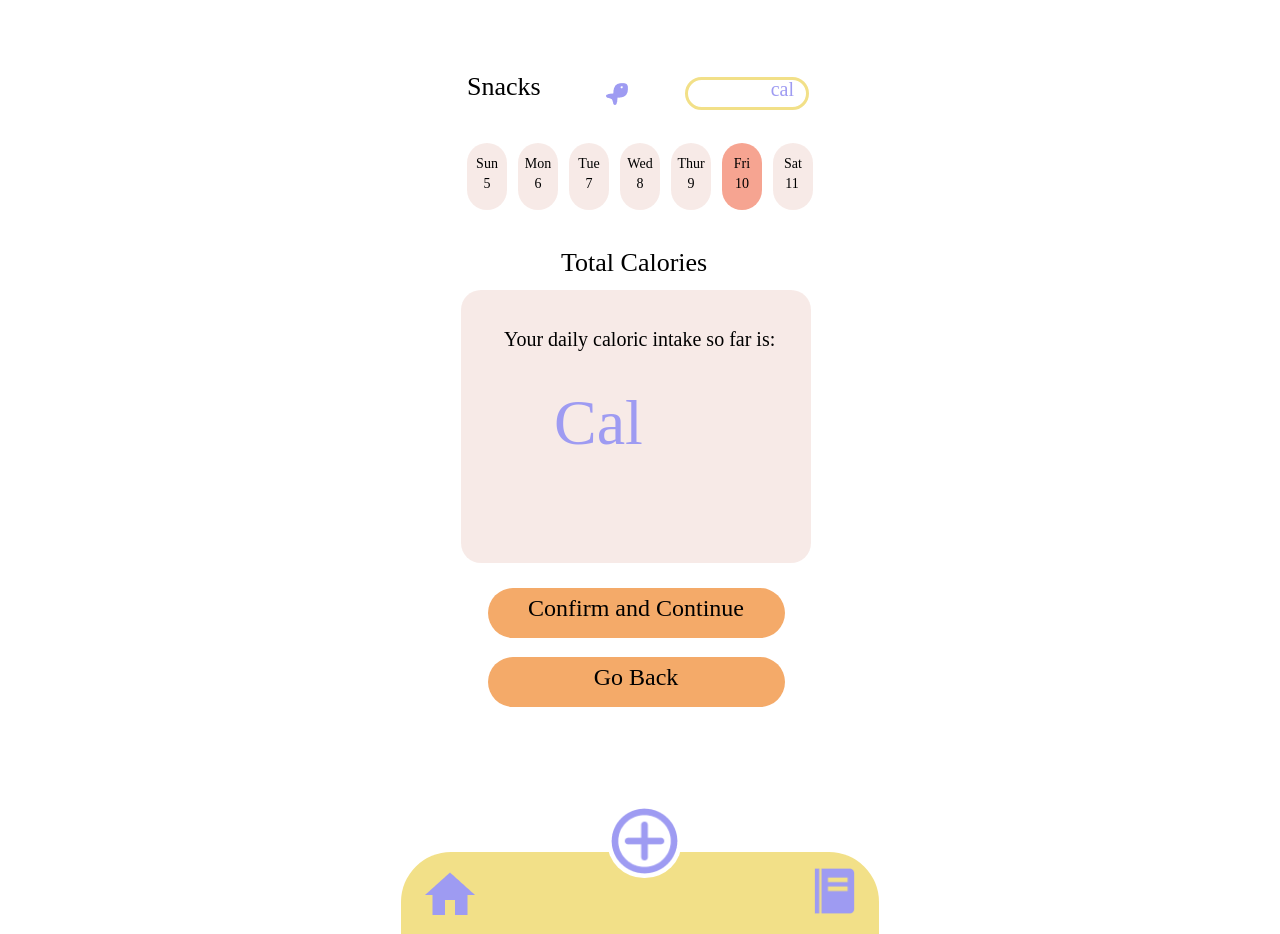
Repository: MeowCeline00/G5-Calorie-Tracker
Page: SnackCalCounter/index.html
These files come from the project's save history. The page is drawn as it stood at one moment and after a run of saves; the edit follows.
The browser window is 1280 px wide. The pictures show the whole page.

Above is the page before, as saved 2024-05-26 06:07:32.

After the next 4 saves:
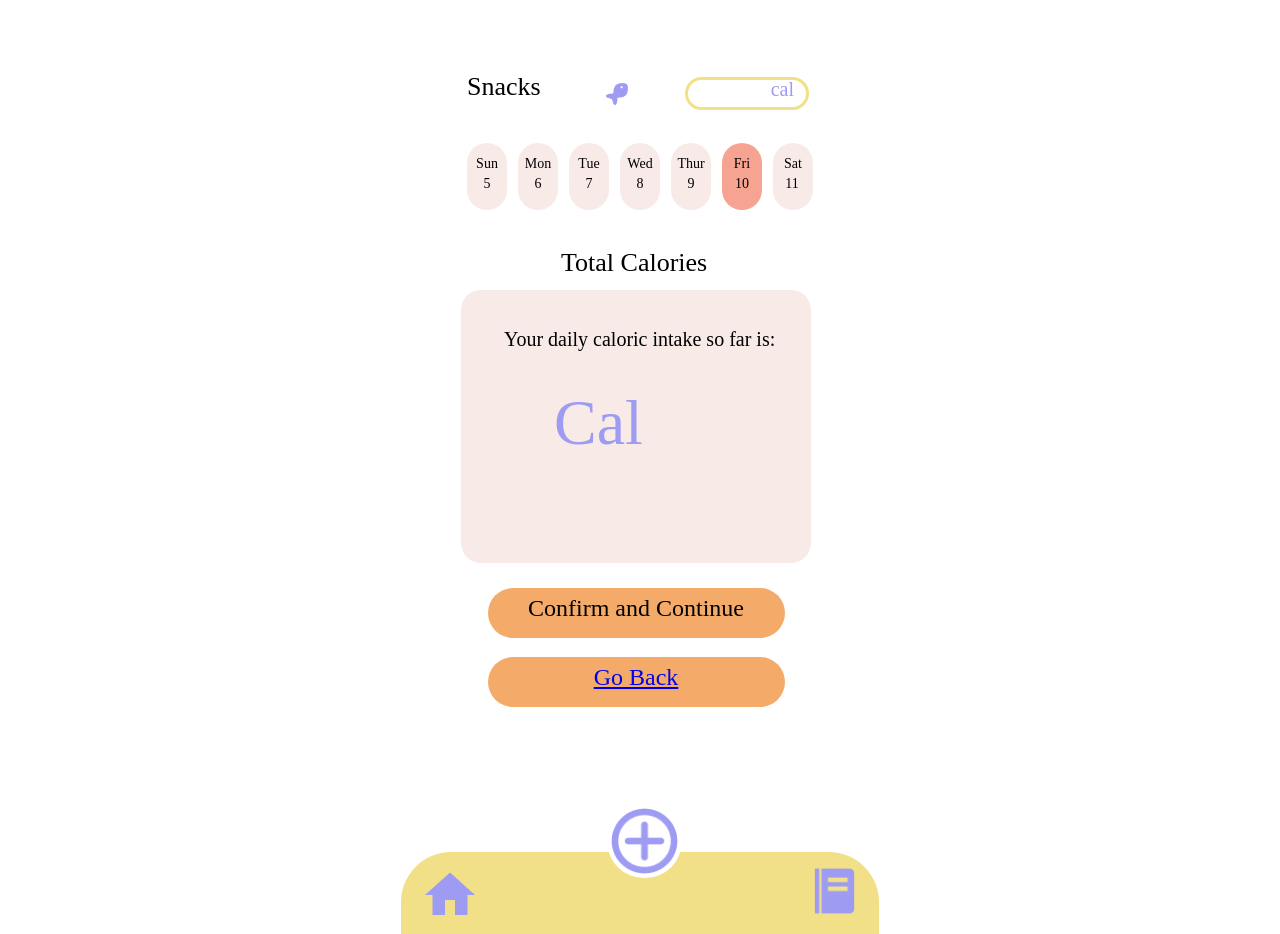
The 4 saves are shown as one change because they came seconds apart.
The last was saved 29 s later.
--- a/SnackCalCounter/index.html
+++ b/SnackCalCounter/index.html
@@ -51,8 +51,7 @@
     		<div class="add-page-child6">
     		</div>
     		<div class="confirm-and-continue">Confirm and Continue</div>
-    		<div class="go-back">Go Back</div>
-    		<div class="add-page-child7">
+			<div  class="go-back"><a href="/snacksAddPage/index.html">Go Back</a></div>    		<div class="add-page-child7">
     		</div>
     		<div class="cal">cal</div>
     		<img class="fluent-mdl2breakfast-icon" alt="Snacks" src="/Images/fluent_food-fish-24-filled.png">
